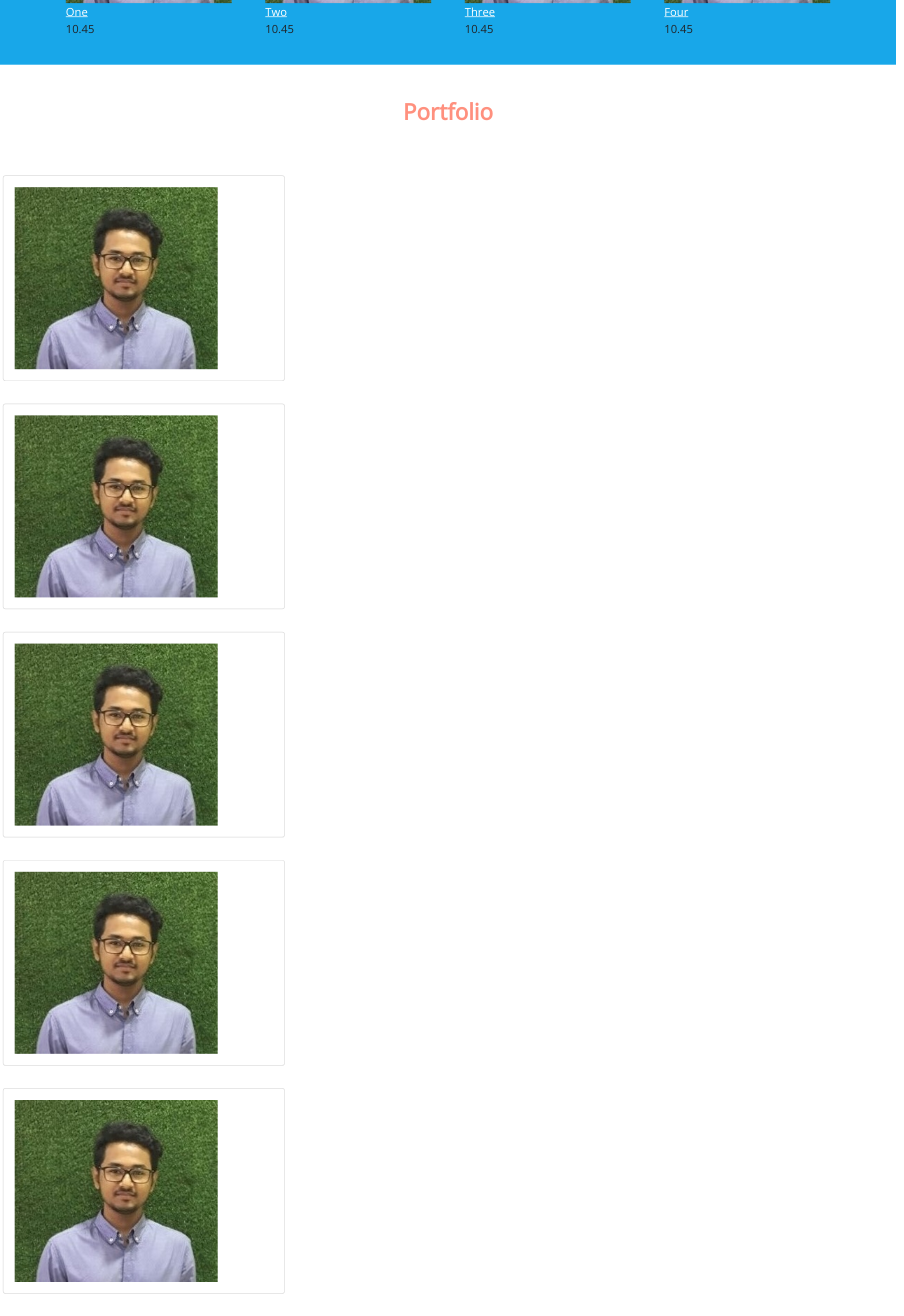
Repository: emowzz/emowzz.github.io
Page: index.html
An editor plug-in stored every save of this project. The page is shown before and after the next save, followed by the edit.
The browser window is 1280 px wide. The page is 1292 px wide, then 1280 px, so the pictures cover 1292 px, including what lies to the right of the window. The pictures show the part of the page from y = 2599 to 4479 px (the page is 4789 px tall), at 70% of full size.
Some web libraries are served in a nearby version.

Above is the page before, as saved 2021-03-17 23:32:16.

### index.html
<!doctype html>
<html lang="en">

<head>
  <!-- Required meta tags -->
  <meta charset="utf-8">
  <meta name="viewport" content="width=device-width, initial-scale=1">
  <link rel="shortcut icon" type="image/png" href="./Image/myImgZoom.jpg">
  <!-- Bootstrap CSS -->
  <link href="https://cdn.jsdelivr.net/npm/bootstrap@5.0.0-beta2/dist/css/bootstrap.min.css" rel="stylesheet"
    integrity="sha384-BmbxuPwQa2lc/FVzBcNJ7UAyJxM6wuqIj61tLrc4wSX0szH/Ev+nYRRuWlolflfl" crossorigin="anonymous">
  <link rel="preconnect" href="https://fonts.gstatic.com">
  <link href="https://fonts.googleapis.com/css2?family=Open+Sans:wght@300&display=swap" rel="stylesheet">
  <link rel="stylesheet" href="./CSS/style.css">


  <title>Hi There, I'm Fahim Foysal Emon!</title>

  <script src="https://kit.fontawesome.com/a076d05399.js" crossorigin="anonymous"></script>
</head>

<body>

  <!-- this is banner section -->
  <section class="banner-container container-fluid">
    <div class="row vh-100">
      <div class="col-md-9 banner-column m-auto text-center text-white p-4 border border-light">
        <h1 class="display:4 fw-bolder">Fahim Foysal Emon</h1>
        <h3>Software Developer</h3>
      </div>
    </div>
  </section>

  <!-- this is nav-bar section -->
  <nav class="navbar navbar-expand-lg navbar-dark navbar-container">
    <div class="container-fluid">
      <button class="navbar-toggler" type="button" data-bs-toggle="collapse" data-bs-target="#navbarSupportedContent"
        aria-controls="navbarSupportedContent" aria-expanded="false" aria-label="Toggle navigation">
        <span class="navbar-toggler-icon"></span>
      </button>
      <div class="collapse navbar-collapse" id="navbarSupportedContent">
        <ul class="navbar-nav m-auto mb-2 mb-lg-0">
          <li class="nav-item">
            <a class="nav-link active" aria-current="page" href="#About">ABOUT</a>
          </li>
          <li class="nav-item">
            <a class="nav-link" href="#Education">EDUCATION</a>
          </li>
          <li class="nav-item">
            <a class="nav-link" href="#Project">PROJECT</a>
          </li>
          <li class="nav-item">
            <a class="nav-link" href="#Portfolio">PORTFOLIO</a>
          </li>
          <li class="nav-item">
            <a class="nav-link" href="#Gallery">GALLERY</a>
          </li>
          <li class="nav-item">
            <a class="nav-link" href="#Contact">CONTACT</a>
          </li>
        </ul>
      </div>
    </div>
  </nav>

  <!-- this is about section -->
  <div class="about-container" id="About">
    <div class="container">
      <div class="row align-items-center justify-content-center">
        <div class="col-md-9 py-5 text-white">
          <h3>Fahim Foysal Emon</h3>
          <p>Software Developer</p>
          <p>Lorem ipsum dolor, sit amet consectetur adipisicing elit. Qui a architecto tempore blanditiis, aperiam
            eius, id optio fugit odit quis reiciendis ad expedita consequatur dolores repellendus asperiores illum
            assumenda molestias distinctio dicta suscipit mollitia doloribus eum voluptates. Quisquam molestiae eius
            numquam quidem iusto asperiores dolorem minima minus accusantium, accusamus doloribus.</p>
          <p>Lorem ipsum dolor sit, amet consectetur adipisicing elit. Sint quidem accusamus dolor sed voluptas
            distinctio eos? Tempore sed omnis mollitia asperiores quos quidem hic porro consectetur? Numquam in ipsa
            commodi inventore nostrum asperiores consequuntur! Nemo molestiae necessitatibus suscipit doloribus eius!
          </p>
          <p>
            Lorem ipsum dolor sit amet consectetur adipisicing elit. Nisi suscipit dignissimos tempore culpa soluta,
            assumenda voluptas dolores quam nobis? Sed ad dolores itaque eveniet nulla autem quos et. Animi, laudantium?
          </p>
        </div>

        <div class="col-md-3 mb-4">
          <img src="/Image/myImg.png" alt="" class="img-fluid border rounded-circle border-light">
        </div>
      </div>
    </div>
  </div>

  <!-- this is education section -->
  <div class="education-container" id="Education">
    <div class="container">
      <div class="row text-center">
        <div class="col py-5">
          <h2 class="bg-redType-color fw-bolder">
            Education
          </h2>
        </div>
      </div>

      <div class="row my-4 py-5 align-items-center justify-content-center">
        <div class="col-md-2 pd-3 mx-5">
          <div class="circle text-center text-white">
            <p class="py-5">
              June, 2013 <br>
              Dec, 2015
            </p>
          </div>
        </div>

        <div class="col-md-9">
          <div class="card">
            <div class="card-body">
              Lorem ipsum dolor sit, amet consectetur adipisicing elit. Consequuntur exercitationem veniam dicta est
              nemo possimus aperiam reiciendis necessitatibus quisquam reprehenderit tempore, tenetur aspernatur? Itaque
              id, animi illo blanditiis earum consequuntur eaque illum nisi omnis reiciendis quisquam quidem, quae
              laudantium! Praesentium eligendi non dolorem optio ipsa distinctio explicabo animi vitae nam.
            </div>
          </div>
        </div>

      </div>

      <div class="row my-4 py-5 align-items-center justify-content-center">
        <div class="col-md-2 pb-3 mx-5">
          <div class="circle text-center text-white">
            <p class="py-5">
              June, 2013 <br>
              Dec, 2015
            </p>
          </div>
        </div>

        <div class="col-md-9">
          <div class="card">
            <div class="card-body">
              Lorem ipsum dolor sit, amet consectetur adipisicing elit. Consequuntur exercitationem veniam dicta est
              nemo possimus aperiam reiciendis necessitatibus quisquam reprehenderit tempore, tenetur aspernatur? Itaque
              id, animi illo blanditiis earum consequuntur eaque illum nisi omnis reiciendis quisquam quidem, quae
              laudantium! Praesentium eligendi non dolorem optio ipsa distinctio explicabo animi vitae nam.
            </div>
          </div>
        </div>

      </div>
    </div>
  </div>

  <!-- this is project section -->

  <div class="project-container" id="Project">
    <div class="container">
      <div class="row text-center">
        <div class="col py-5">
          <h2 class="text-white fw-bolder">
            Projects
          </h2>
        </div>
      </div>
      <div class="row">
        <div class="col-md-3 p-4">
          <img src="./Image/myImgZoom.jpg" alt="" class="img-fluid">
          <a href="" class="text-white">One</a>
          <p>10.45</p>
        </div>
        <div class="col-md-3 p-4">
          <img src="./Image/myImgZoom.jpg" alt="" class="img-fluid">
          <a href="" class="text-white">Two</a>
          <p>10.45</p>
        </div>
        <div class="col-md-3 p-4">
          <img src="./Image/myImgZoom.jpg" alt="" class="img-fluid">
          <a href="" class="text-white">Three</a>
          <p>10.45</p>
        </div>
        <div class="col-md-3 p-4">
          <img src="./Image/myImgZoom.jpg" alt="" class="img-fluid">
          <a href="" class="text-white">Four</a>
          <p>10.45</p>
        </div>
        </div>
      </div>
    </div>


    <!-- This is portfolio section -->

    <div class="portfolio-container">
      <div class="row text-center">
        <div class="col py-5">
          <h2 class="fw-bolder bg-redType-color">
            Portfolio
          </h2>
        </div>
      </div>

      <div class="row">
        <div class="col-md-4 p-3">
          <div class="card">
            <div class="card-body">
              <img src="./Image/myImgZoom.jpg" alt="" class="img-fluid">
            </div>
          </div>
        </div>
      </div>

      <div class="row">
        <div class="col-md-4 p-3">
          <div class="card">
            <div class="card-body">
              <img src="./Image/myImgZoom.jpg" alt="" class="img-fluid">
            </div>
          </div>
        </div>
      </div>

      <div class="row">
        <div class="col-md-4 p-3">
          <div class="card">
            <div class="card-body">
              <img src="./Image/myImgZoom.jpg" alt="" class="img-fluid">
            </div>
          </div>
        </div>
      </div>

      <div class="row">
        <div class="col-md-4 p-3">
          <div class="card">
            <div class="card-body">
              <img src="./Image/myImgZoom.jpg" alt="" class="img-fluid">
            </div>
          </div>
        </div>
      </div>

      <div class="row">
        <div class="col-md-4 p-3">
          <div class="card">
            <div class="card-body">
              <img src="./Image/myImgZoom.jpg" alt="" class="img-fluid">
            </div>
          </div>
        </div>
      </div>

      <div class="row">
        <div class="col-md-4 p-3">
          <div class="card">
            <div class="card-body">
              <img src="./Image/myImgZoom.jpg" alt="" class="img-fluid">
            </div>
          </div>
        </div>
      </div>

    </div>

  <!-- Optional JavaScript; choose one of the two! -->

  <!-- Option 1: Bootstrap Bundle with Popper -->
  <script src="https://cdn.jsdelivr.net/npm/bootstrap@5.0.0-beta2/dist/js/bootstrap.bundle.min.js"
    integrity="sha384-b5kHyXgcpbZJO/tY9Ul7kGkf1S0CWuKcCD38l8YkeH8z8QjE0GmW1gYU5S9FOnJ0"
    crossorigin="anonymous"></script>

  <!-- Option 2: Separate Popper and Bootstrap JS -->
  <!--
    <script src="https://cdn.jsdelivr.net/npm/@popperjs/core@2.6.0/dist/umd/popper.min.js" integrity="sha384-KsvD1yqQ1/1+IA7gi3P0tyJcT3vR+NdBTt13hSJ2lnve8agRGXTTyNaBYmCR/Nwi" crossorigin="anonymous"></script>
    <script src="https://cdn.jsdelivr.net/npm/bootstrap@5.0.0-beta2/dist/js/bootstrap.min.js" integrity="sha384-nsg8ua9HAw1y0W1btsyWgBklPnCUAFLuTMS2G72MMONqmOymq585AcH49TLBQObG" crossorigin="anonymous"></script>
    -->
</body>

</html>

### CSS/style.css
body {
    font-family: 'Open Sans', sans-serif;
}


.banner-container {
    background-color: #CACACA;
}

.banner-column {
    background-color: #868486;
}

.navbar-container {
    background-color: #102040;
}

.about-container {
    background-color: #00A9C0;
}

.education-container {
    background-color: #eeebf0;
}

.bg-redType {
    background-color: #d36959;
}

.bg-redType-color {
    color: #FF907E;
}

.circle {
    background-color: #d36959;
    width: 150px;
    height: 150px;
    border-radius: 50%;
}

.project-container {
    background-color: #18a7e9;
}

After the next save:
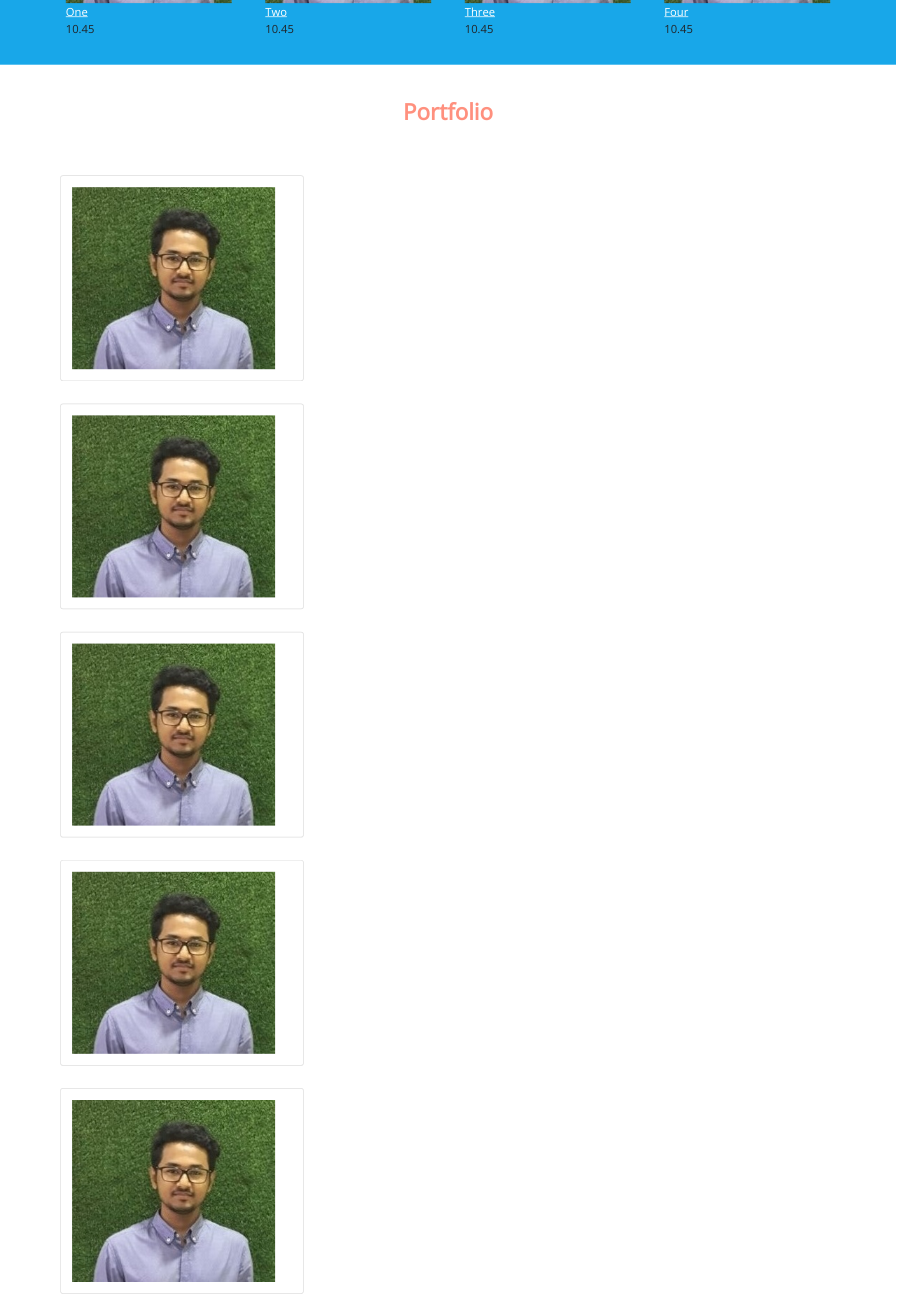
Saved 43 s later.
--- a/index.html
+++ b/index.html
@@ -190,72 +190,75 @@
     <!-- This is portfolio section -->
 
     <div class="portfolio-container">
-      <div class="row text-center">
-        <div class="col py-5">
-          <h2 class="fw-bolder bg-redType-color">
-            Portfolio
-          </h2>
-        </div>
-      </div>
-
-      <div class="row">
-        <div class="col-md-4 p-3">
-          <div class="card">
-            <div class="card-body">
-              <img src="./Image/myImgZoom.jpg" alt="" class="img-fluid">
-            </div>
-          </div>
-        </div>
-      </div>
-
-      <div class="row">
-        <div class="col-md-4 p-3">
-          <div class="card">
-            <div class="card-body">
-              <img src="./Image/myImgZoom.jpg" alt="" class="img-fluid">
-            </div>
-          </div>
-        </div>
-      </div>
-
-      <div class="row">
-        <div class="col-md-4 p-3">
-          <div class="card">
-            <div class="card-body">
-              <img src="./Image/myImgZoom.jpg" alt="" class="img-fluid">
-            </div>
-          </div>
-        </div>
-      </div>
-
-      <div class="row">
-        <div class="col-md-4 p-3">
-          <div class="card">
-            <div class="card-body">
-              <img src="./Image/myImgZoom.jpg" alt="" class="img-fluid">
-            </div>
-          </div>
-        </div>
-      </div>
-
-      <div class="row">
-        <div class="col-md-4 p-3">
-          <div class="card">
-            <div class="card-body">
-              <img src="./Image/myImgZoom.jpg" alt="" class="img-fluid">
-            </div>
-          </div>
-        </div>
-      </div>
-
-      <div class="row">
-        <div class="col-md-4 p-3">
-          <div class="card">
-            <div class="card-body">
-              <img src="./Image/myImgZoom.jpg" alt="" class="img-fluid">
-            </div>
-          </div>
-        </div>
+      <div class="container">
+        <div class="row text-center">
+          <div class="col py-5">
+            <h2 class="fw-bolder bg-redType-color">
+              Portfolio
+            </h2>
+          </div>
+        </div>
+
+        <div class="row">
+          <div class="col-md-4 p-3">
+            <div class="card">
+              <div class="card-body">
+                <img src="./Image/myImgZoom.jpg" alt="" class="img-fluid">
+              </div>
+            </div>
+          </div>
+        </div>
+
+        <div class="row">
+          <div class="col-md-4 p-3">
+            <div class="card">
+              <div class="card-body">
+                <img src="./Image/myImgZoom.jpg" alt="" class="img-fluid">
+              </div>
+            </div>
+          </div>
+        </div>
+
+        <div class="row">
+          <div class="col-md-4 p-3">
+            <div class="card">
+              <div class="card-body">
+                <img src="./Image/myImgZoom.jpg" alt="" class="img-fluid">
+              </div>
+            </div>
+          </div>
+        </div>
+
+        <div class="row">
+          <div class="col-md-4 p-3">
+            <div class="card">
+              <div class="card-body">
+                <img src="./Image/myImgZoom.jpg" alt="" class="img-fluid">
+              </div>
+            </div>
+          </div>
+        </div>
+
+        <div class="row">
+          <div class="col-md-4 p-3">
+            <div class="card">
+              <div class="card-body">
+                <img src="./Image/myImgZoom.jpg" alt="" class="img-fluid">
+              </div>
+            </div>
+          </div>
+        </div>
+
+        <div class="row">
+          <div class="col-md-4 p-3">
+            <div class="card">
+              <div class="card-body">
+                <img src="./Image/myImgZoom.jpg" alt="" class="img-fluid">
+              </div>
+            </div>
+          </div>
+        </div>
+
       </div>
 
     </div>
